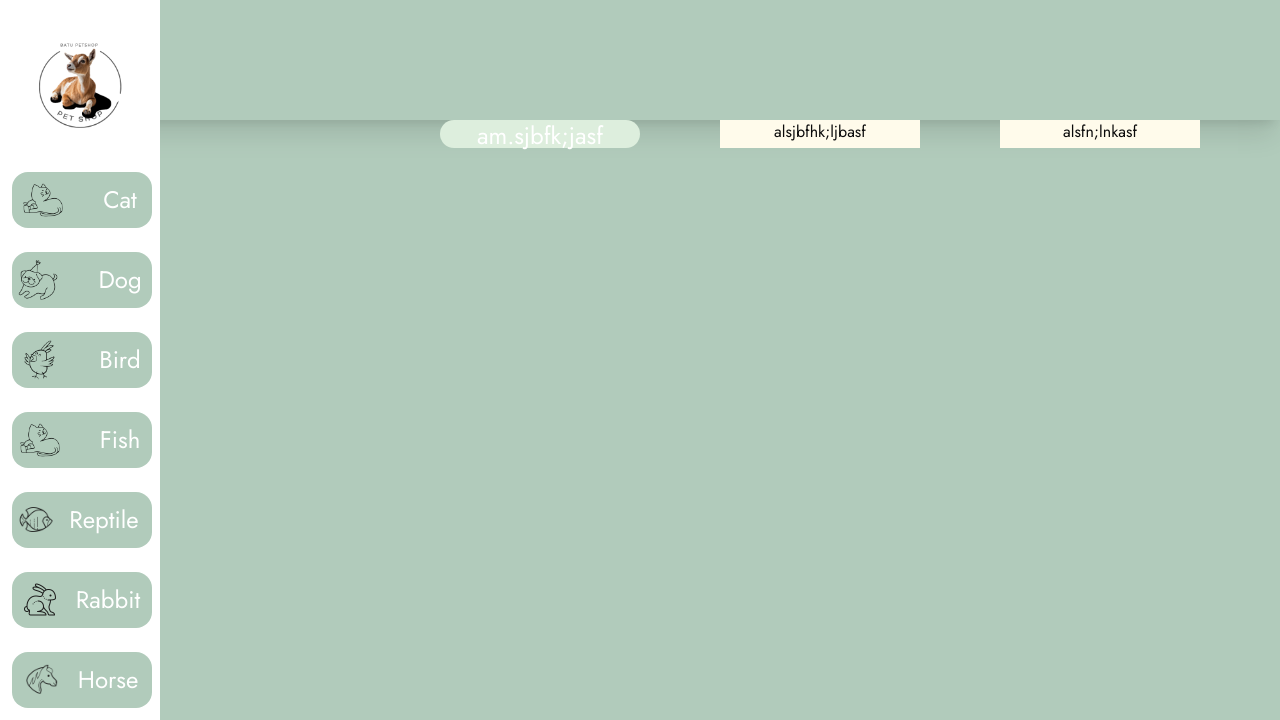
Repository: batu-call/batu-petshop
Page: /main (app in petshopp-appAdmin/admin/)
The author's editor kept a copy of each file at every save. The page is drawn from the files as they stood at one save, then again after the next save.
The browser window is 1280 px wide. The pictures show the whole page.
The project was rebuilt for these pictures with package versions that can differ from the ones it lists, and the page was loaded fresh each time. The framework's server and built-in components were replaced by stand-ins that run in the browser. Also part of the build but not shown: petshopp-appAdmin/admin/next.config.ts.

Above is the page before, as saved 2025-09-20 00:16:10.

### petshopp-appAdmin/admin/src/app/layout.tsx
import type { Metadata } from "next";
import { Jost } from 'next/font/google';
import "./globals.css";

const jost = Jost({
  subsets: ['latin'],
  weight: ['400', '500', '700'],
});


export const metadata: Metadata = {
  title: "Batu Petshop AdminPanel",
  description: "Generated by create next app",
   icons: {
    icon: '/favicon.ico',
  },
};

export default function RootLayout({
  children,
}: Readonly<{
  children: React.ReactNode;
}>) {
  return (
    <html lang="en">
      <body
        className={`antialiased ${jost.className}`}
      >
        {children}
      </body>
    </html>
  );
}

### petshopp-appAdmin/admin/src/app/main/layout.tsx
import Main from "./controller/Main"

export default function MainLayout({ children }: { children: React.ReactNode }) {
  return <Main>{children}</Main>
}

### petshopp-appAdmin/admin/src/app/main/page.tsx
import React from 'react'
import Main from './controller/Main'


const page = () => {
  return (
    <div>
        <Main />
    </div>
  )
}

export default page

### petshopp-appAdmin/admin/src/app/globals.css
@import "tailwindcss";
@import "tw-animate-css";

@custom-variant dark (&:is(.dark *));

@layer utilities {
  .bg-primary {
    background-color: #B1CBBB;
  }
  .bg-secondary {
    background-color: #DDEEDD;
  }
  .bg-secondary_20 {
    background-color: rgba(221, 238, 221, 0.2);
  }
  .text-jost {
    font-family: 'Jost',sans-serif;
  }
  .text-color {
    color: #393E46;
  }
  .text-color2 {
    color: #B1CBBB;
  }
}

body {
  font-family: 'Jost', Arial, Helvetica, sans-serif
}

@theme inline {
  --radius-sm: calc(var(--radius) - 4px);
  --radius-md: calc(var(--radius) - 2px);
  --radius-lg: var(--radius);
  --radius-xl: calc(var(--radius) + 4px);
  --color-background: var(--background);
  --color-foreground: var(--foreground);
  --color-card: var(--card);
  --color-card-foreground: var(--card-foreground);
  --color-popover: var(--popover);
  --color-popover-foreground: var(--popover-foreground);
  --color-primary: var(--primary);
  --color-primary-foreground: var(--primary-foreground);
  --color-secondary: var(--secondary);
  --color-secondary-foreground: var(--secondary-foreground);
  --color-muted: var(--muted);
  --color-muted-foreground: var(--muted-foreground);
  --color-accent: var(--accent);
  --color-accent-foreground: var(--accent-foreground);
  --color-destructive: var(--destructive);
  --color-border: var(--border);
  --color-input: var(--input);
  --color-ring: var(--ring);
  --color-chart-1: var(--chart-1);
  --color-chart-2: var(--chart-2);
  --color-chart-3: var(--chart-3);
  --color-chart-4: var(--chart-4);
  --color-chart-5: var(--chart-5);
  --color-sidebar: var(--sidebar);
  --color-sidebar-foreground: var(--sidebar-foreground);
  --color-sidebar-primary: var(--sidebar-primary);
  --color-sidebar-primary-foreground: var(--sidebar-primary-foreground);
  --color-sidebar-accent: var(--sidebar-accent);
  --color-sidebar-accent-foreground: var(--sidebar-accent-foreground);
  --color-sidebar-border: var(--sidebar-border);
  --color-sidebar-ring: var(--sidebar-ring);
}

:root {
  --radius: 0.625rem;
  --background: oklch(1 0 0);
  --foreground: oklch(0.145 0 0);
  --card: oklch(1 0 0);
  --card-foreground: oklch(0.145 0 0);
  --popover: oklch(1 0 0);
  --popover-foreground: oklch(0.145 0 0);
  --primary: oklch(0.205 0 0);
  --primary-foreground: oklch(0.985 0 0);
  --secondary: oklch(0.97 0 0);
  --secondary-foreground: oklch(0.205 0 0);
  --muted: oklch(0.97 0 0);
  --muted-foreground: oklch(0.556 0 0);
  --accent: oklch(0.97 0 0);
  --accent-foreground: oklch(0.205 0 0);
  --destructive: oklch(0.577 0.245 27.325);
  --border: oklch(0.922 0 0);
  --input: oklch(0.922 0 0);
  --ring: oklch(0.708 0 0);
  --chart-1: oklch(0.646 0.222 41.116);
  --chart-2: oklch(0.6 0.118 184.704);
  --chart-3: oklch(0.398 0.07 227.392);
  --chart-4: oklch(0.828 0.189 84.429);
  --chart-5: oklch(0.769 0.188 70.08);
  --sidebar: oklch(0.985 0 0);
  --sidebar-foreground: oklch(0.145 0 0);
  --sidebar-primary: oklch(0.205 0 0);
  --sidebar-primary-foreground: oklch(0.985 0 0);
  --sidebar-accent: oklch(0.97 0 0);
  --sidebar-accent-foreground: oklch(0.205 0 0);
  --sidebar-border: oklch(0.922 0 0);
  --sidebar-ring: oklch(0.708 0 0);
}

.dark {
  --background: oklch(0.145 0 0);
  --foreground: oklch(0.985 0 0);
  --card: oklch(0.205 0 0);
  --card-foreground: oklch(0.985 0 0);
  --popover: oklch(0.205 0 0);
  --popover-foreground: oklch(0.985 0 0);
  --primary: oklch(0.922 0 0);
  --primary-foreground: oklch(0.205 0 0);
  --secondary: oklch(0.269 0 0);
  --secondary-foreground: oklch(0.985 0 0);
  --muted: oklch(0.269 0 0);
  --muted-foreground: oklch(0.708 0 0);
  --accent: oklch(0.269 0 0);
  --accent-foreground: oklch(0.985 0 0);
  --destructive: oklch(0.704 0.191 22.216);
  --border: oklch(1 0 0 / 10%);
  --input: oklch(1 0 0 / 15%);
  --ring: oklch(0.556 0 0);
  --chart-1: oklch(0.488 0.243 264.376);
  --chart-2: oklch(0.696 0.17 162.48);
  --chart-3: oklch(0.769 0.188 70.08);
  --chart-4: oklch(0.627 0.265 303.9);
  --chart-5: oklch(0.645 0.246 16.439);
  --sidebar: oklch(0.205 0 0);
  --sidebar-foreground: oklch(0.985 0 0);
  --sidebar-primary: oklch(0.488 0.243 264.376);
  --sidebar-primary-foreground: oklch(0.985 0 0);
  --sidebar-accent: oklch(0.269 0 0);
  --sidebar-accent-foreground: oklch(0.985 0 0);
  --sidebar-border: oklch(1 0 0 / 10%);
  --sidebar-ring: oklch(0.556 0 0);
}

@layer base {
  * {
    @apply border-border outline-ring/50;
  }
  body {
    @apply bg-background text-foreground;
  }
}

### petshopp-appAdmin/admin/src/app/main/controller/Main.tsx
import React from 'react'
import Navbar from '../../Navbar/page'
import Sidebar from '../../Sidebar/page'



const Main = () => {
  return (
    <div className='w-full h-screen bg-primary'>
      {/* Navbar */}
      <Navbar />
      {/* Catgeory */}
      <Sidebar />
    </div>
  )
}

export default Main

### petshopp-appAdmin/admin/src/app/Navbar/page.tsx
import React from 'react'
import Link from 'next/link'
import Image from 'next/image'



const page = () => {
  return (
    <div>
        <Link href={"/main"}>
      <div className='w-full h-30 bg-primary shadow-xl'>
      <div className='fixed'>
        <Image  src={"/logo.png"} alt='main-icon' width={500} height={500} className='flex justify-center items-center w-40 h-40'/>
      </div>
      </div>
      </Link>
      <div className='flex gap-20 items-center justify-center absolute right-20'>
        <div className='bg-amber-50 w-50 h-7 rounded-xl bg-secondary'>
        <h3 className='items-center flex justify-center text-white text-jost text-2xl'>am.sjbfk;jasf</h3>
        </div>
        <div className='bg-amber-50 w-50 h-7'>
        <h3 className='items-center flex justify-center'>alsjbfhk;ljbasf</h3>
        </div>
        <div className='bg-amber-50 w-50 h-7'>
        <h3 className='items-center flex justify-center'>alsfn;lnkasf</h3>
        </div>
      </div>
    </div>
  )
}

export default page

### petshopp-appAdmin/admin/src/app/Sidebar/page.tsx
import React from 'react'
import Link from 'next/link'
import Image from 'next/image'

const page = () => {
  return (
    <div>
        <div className='w-40 h-screen bg-white fixed mt-7'>
        {/* Cat */}
        <Link href={"/Cat"}>
      <div className='bg-primary inline-block p-2 items-center mt-6 ml-3 rounded-2xl w-35'>
        <div className='flex gap-9 items-center justify-center'>
       <Image src="/cat_7721779.png" alt='cat-image'
       height={40}
       width={40}
       />
       <h2 className='text-2xl text-jost text-white p-1'>Cat</h2>
      </div>
      </div>
      </Link>
      {/* Dog */}
         <Link href={"/Dog"}>
       <div className='bg-primary inline-block p-2 items-center mt-6 ml-3 rounded-2xl w-35'>
        <div className='flex gap-9 items-center justify-center'>
       <Image src="/dog.png" alt='cat-image'
       height={40}
       width={40}
       />
       <h2 className='text-2xl text-jost text-white p-1'>Dog</h2>
      </div>
      </div>
      </Link>
      {/* BİRD */}
         <Link href={"/Bird"}>
       <div className='bg-primary inline-block p-2 items-center mt-6 ml-3 rounded-2xl w-35'>
        <div className='flex gap-9 items-center justify-center'>
       <Image src="/bird.png" alt='cat-image'
       height={40}
       width={40}
       />
       <h2 className='text-2xl text-jost text-white p-1'>Bird</h2>
      </div>
      </div>
      </Link>
      {/* FİSH */}
         <Link href={"/Fish"}>
       <div className='bg-primary inline-block p-2 items-center mt-6 ml-3 rounded-2xl w-35'>
        <div className='flex gap-9 items-center justify-center'>
       <Image src="/cat_7721779.png" alt='cat-image'
       height={40}
       width={40}
       />
       <h2 className='text-2xl text-jost text-white p-1'>Fish</h2>
      </div>
      </div>
      </Link>
      {/* Reptile */}
         <Link href={"/Reptile"}>
       <div className='bg-primary inline-block p-2 items-center mt-6 ml-3 rounded-2xl w-35'>
        <div className='flex gap-3 items-center justify-center'>
       <Image src="/fish.png" alt='cat-image'
       height={40}
       width={40}
       />
       <h2 className='text-2xl text-jost text-white mr-2'>Reptile</h2>
      </div>
      </div>
      </Link>
      {/* Rabbit */}
         <Link href={"/Rabbit"}>
       <div className='bg-primary inline-block p-2 items-center mt-6 ml-3 rounded-2xl w-35'>
        <div className='flex gap-3 items-center justify-center'>
       <Image src="/rabbit2.png" alt='cat-image'
       height={40}
       width={40}
       />
       <h2 className='text-2xl text-jost text-white p-1'>Rabbit</h2>
      </div>
      </div>
      </Link>
      {/* Horse */}
         <Link href={"/Horse"}>
       <div className='bg-primary inline-block p-2 items-center mt-6 ml-3 rounded-2xl w-35'>
        <div className='flex gap-3 items-center justify-center'>
       <Image src="/horse.png" alt='cat-image'
       height={40}
       width={40}
       />
       <h2 className='text-2xl text-jost text-white p-1'>Horse</h2>
      </div>
      </div>
      </Link>
      {/* Contact */}
         <Link href={"/Contact"}>
       <div className='bg-primary inline-block p-2 items-center mt-6 ml-3 rounded-2xl w-35'>
        <div className='flex gap-3 items-center justify-center'>
       <h2 className='text-2xl text-jost text-white p-1'>Contact</h2>
      </div>
      </div>
      </Link>
      {/* +category */}
       <div className='bg-primary inline-block p-2 items-center mt-6 ml-3 rounded-2xl w-35'>
        <div className='flex gap-3 items-center justify-center'>
       <h2 className='text-2xl text-jost text-white p-1'>+category</h2>
      </div>
      </div>
    </div>
    </div>
  )
}

export default page

After the next save:
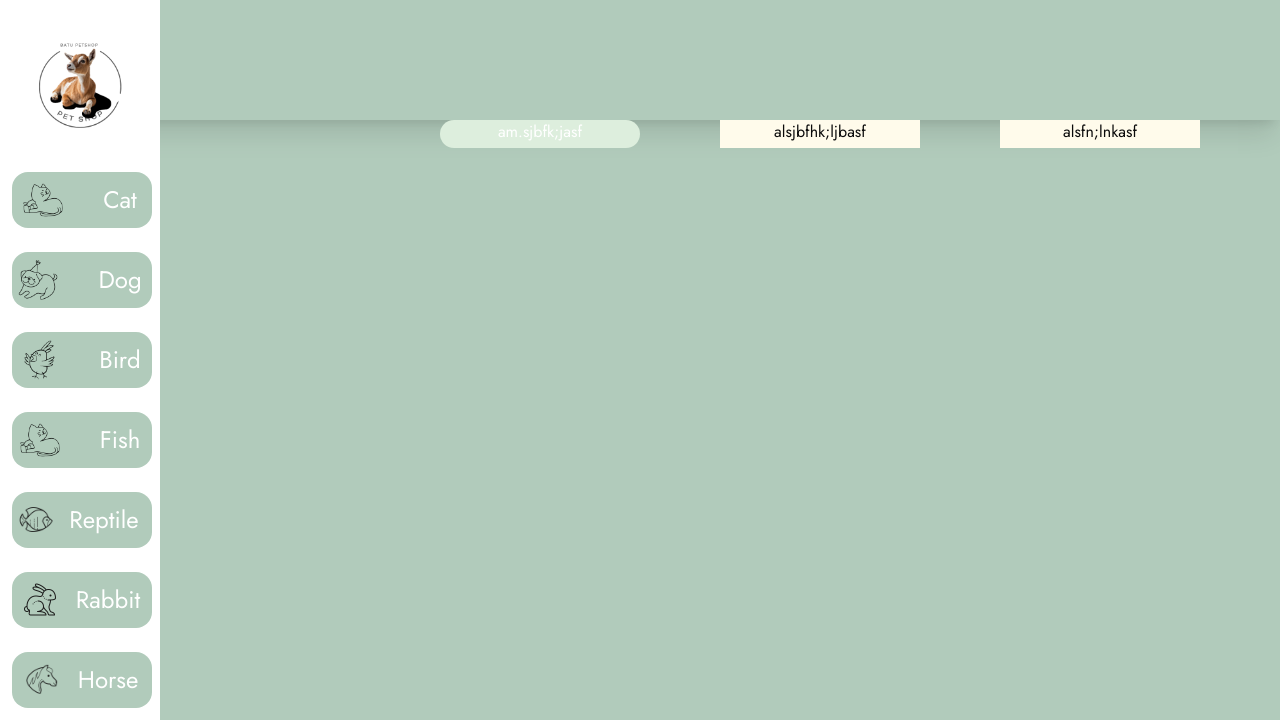
Saved 4 s later.
--- a/petshopp-appAdmin/admin/src/app/Navbar/page.tsx
+++ b/petshopp-appAdmin/admin/src/app/Navbar/page.tsx
@@ -16,7 +16,7 @@ const page = () => {
       </Link>
       <div className='flex gap-20 items-center justify-center absolute right-20'>
         <div className='bg-amber-50 w-50 h-7 rounded-xl bg-secondary'>
-        <h3 className='items-center flex justify-center text-white text-jost text-2xl'>am.sjbfk;jasf</h3>
+        <h3 className='items-center flex justify-center text-white text-jost text-20'>am.sjbfk;jasf</h3>
         </div>
         <div className='bg-amber-50 w-50 h-7'>
         <h3 className='items-center flex justify-center'>alsjbfhk;ljbasf</h3>
